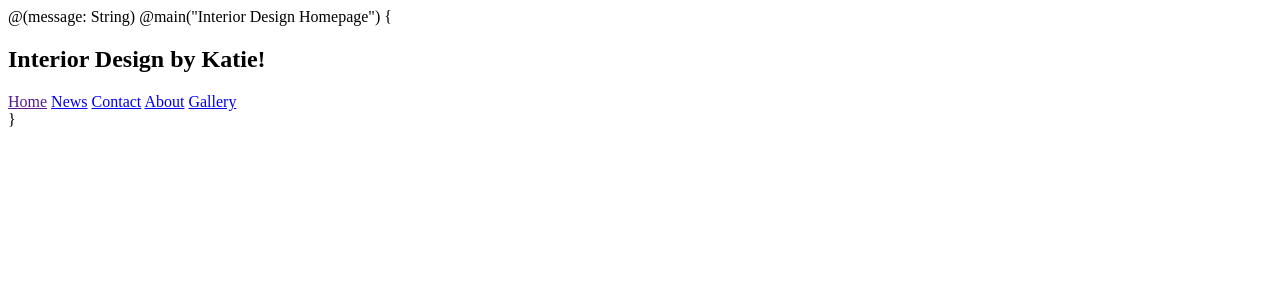
Repository: arthurfeeney/Interior-Design
Page: server/app/views/index.scala.html
The author's editor kept a copy of each file at every save. The page is drawn from the files as they stood at one save, then again after the next save.
The browser window is 1280 px wide. The pictures show the whole page.

Above is the page before, as saved 2019-04-07 17:26:53.

After the next save:
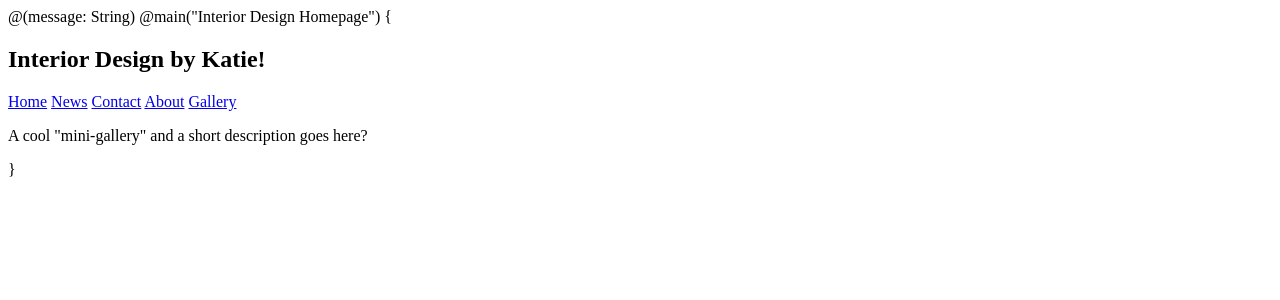
Saved 22 s later.
--- a/server/app/views/index.scala.html
+++ b/server/app/views/index.scala.html
@@ -3,14 +3,16 @@
 @main("Interior Design Homepage") {
 <h2>Interior Design by Katie!</h2>
 <div class="topnav">
-  <a class="active" href="" id="home">Home</a>
+  <a class="active" href="home" id="home">Home</a>
   <a href="news" id="news">News</a>
   <a href="contact" id="contact">Contact</a>
   <a href="about" id="about">About</a>
   <a href="gallery" id="gallery">Gallery</a>
 </div>
 
-<div id ="PageContent"></div>
+<div id ="PageContent">
+	<p>A cool "mini-gallery" and a short description goes here?</p>
+</div>
 
 
 
